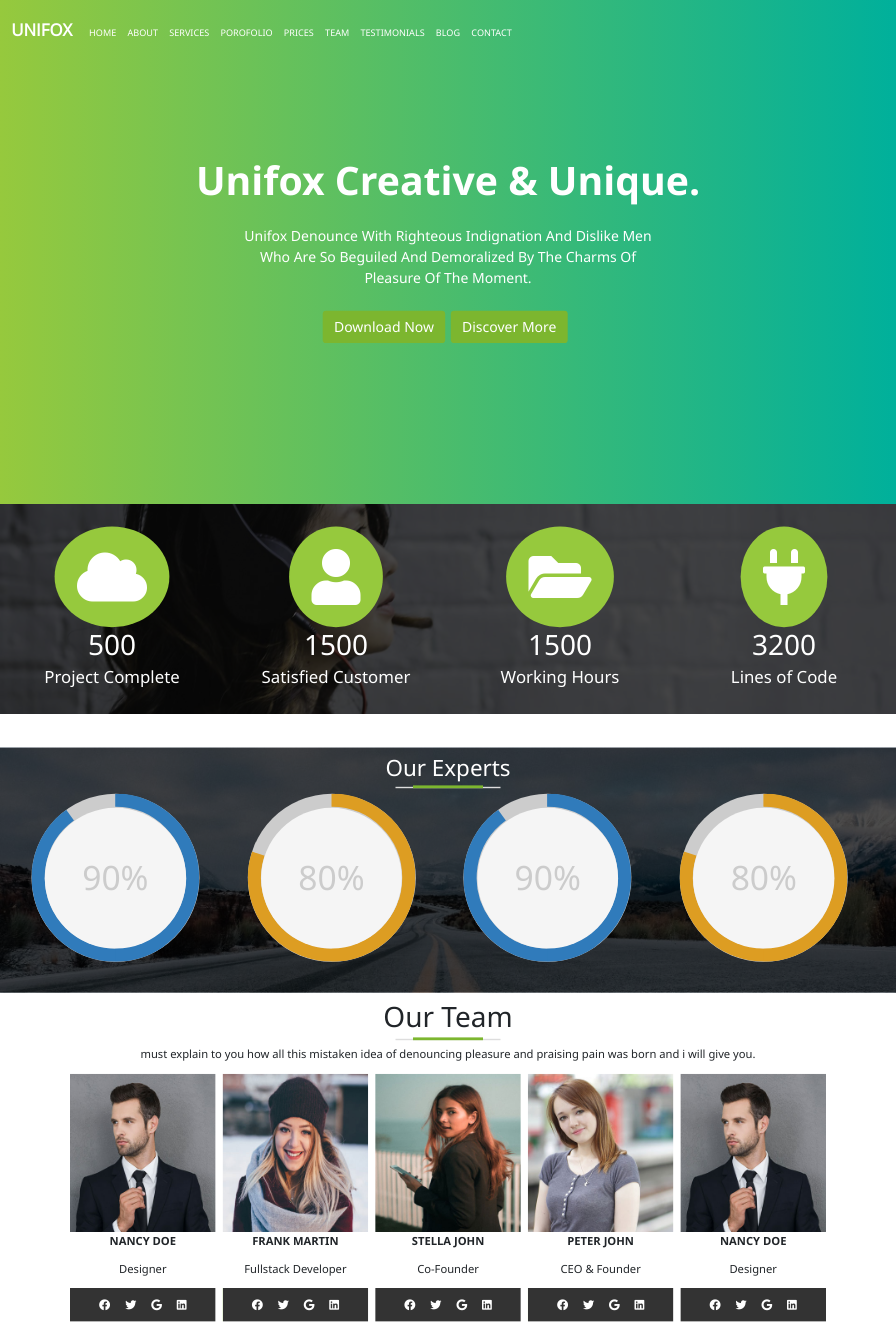
Repository: ibrkhalil/Uniforce-First-Attempt
Page: index.html
An editor plug-in stored every save of this project. The page is shown before and after the next save, followed by the edit.
The browser window is 1280 px wide. The pictures show the whole page, at 70% of full size.
Backgrounds fixed to the window are drawn as part of the page.

Above is the page before, as saved 2021-01-24 02:07:23.

### index.html
<!DOCTYPE html>
<html lang="en">

<head>
    <meta charset="UTF-8">
    <link rel="stylesheet" href="./bootstrap.min.css">
    <link rel="stylesheet" href="owl.carousel.css">
    <link rel="preconnect" href="https://fonts.gstatic.com">
    <link rel="stylesheet" href="./jquery-ui.css">
    <link rel="stylesheet" href="https://use.fontawesome.com/releases/v5.15.2/css/all.css"
        integrity="sha384-vSIIfh2YWi9wW0r9iZe7RJPrKwp6bG+s9QZMoITbCckVJqGCCRhc+ccxNcdpHuYu" crossorigin="anonymous">
    <link rel="stylesheet" href="./circle.css">
    <link href="https://fonts.googleapis.com/css2?family=Open+Sans&display=swap" rel="stylesheet">
    <link rel="stylesheet" href="style.css">
    <meta name="viewport" content="width=device-width, initial-scale=1.0">
    <title>Unifox</title>
</head>

<body>
    <div class="main-nav">


                <nav class="navbar navbar-expand-lg justify-content-between sticky-top navbar-fixed-top">
                    <!-- <div class="container"> -->



                                <a class="navbar-brand" href="#"><h3 class="unifox">UNIFOX</h3></a>
                                <button class="navbar-toggler" type="button" data-toggle="collapse" data-target="#navbarSupportedContent" aria-controls="navbarSupportedContent" aria-expanded="false" aria-label="Toggle navigation">
                                    <span class="fa fa-bars fa-3x"></span>
                                </button>




                            <div class="collapse navbar-collapse" id="navbarSupportedContent">
                                <ul class="navbar-nav mr-auto">
                                    <li class=" item">
                                        <a class="nav-link active" href="#">HOME</a>
                                    </li>
                                    <li class="nav-item"><a class="nav-link" href="#">ABOUT</a>
                                    </li>
                                    <li class="nav-item">
                                        <a class="nav-link" href="#">SERVICES</a>
                                    </li>
                                    <li class="nav-item">
                                        <a class="nav-link" href="#">POROFOLIO</a>
                                    </li>
                                    <li class="nav-link"><a href="#">PRICES</a></li>
                                    <li class="nav-link"><a href="#">TEAM</a></li>
                                    <li class="nav-link"><a href="#">TESTIMONIALS</a></li>
                                    <li class="nav-link"><a href="#">BLOG</a></li>
                                    <li class="nav-link"><a href="#">CONTACT</a></li>
                                </ul>
                            </div>


                <!-- </div> -->
                </nav>



        <!-- nav end -->

        <div class="jumbotron">
            <h1 class="display-4 jumbo-main-text"><strong>Unifox Creative & Unique.</strong></h1>
            <p class="lead jumbo-subtext">Unifox Denounce With Righteous Indignation And Dislike Men Who Are So Beguiled
                And Demoralized By The Charms Of Pleasure Of The Moment.</p>


            <div class="jumbo-btns">
                <p class="lead">
                    <a class="btn jumbo-btn btn-primary btn-lg" href="#" role="button">Download Now</a>
                </p>
                <p class="lead">
                    <a class="btn jumbo-btn btn-primary btn-lg" href="#" role="button">Discover More</a>
                </p>
            </div>
        </div>
        <!-- jumbotron end -->
        <!-- heading end -->




    </div>
    <div class="counting-number parallax">
        <div class="container-fluid">

            <div class="row">
                <div class="col-md-3"><i class="fa counting-icon fa-cloud fa-5x"></i>
                    <h1 class="counter" data-count="500">0</h1>
                    <h4>Project Complete</h4>
                </div>
                <div class="col-md-3"><i class="fa counting-icon fa-user fa-5x"></i>
                    <h1 class="counter" data-count=1500>0</h1>
                    <h4>Satisfied Customer</h4>
                </div>
                <div class="col-md-3"><i class="fa counting-icon fa-folder-open fa-5x"></i>
                    <h1 class="counter" data-count="1500">0</h1>
                    <h4>Working Hours</h4>
                </div>
                <div class="col-md-3"><i class="fa counting-icon fa-plug fa-5x"></i>
                    <h1 class="counter" data-count="3200">0</h1>
                    <h4>Lines of Code</h4>
                </div>
            </div>
        </div>
    </div>

    <br>
    <br>


    <!-- Counting number div -->
    <div class="our-experts-main">
        <h2 class="our-experts-word line">
            Our Experts
        </h2>

        <div class="our-experts">


            <div class="clearfix circular-icons">

                <div class="c100 p90 big blue">
                    <span>90%</span>
                    <div class="slice">
                        <div class="bar"></div>
                        <div class="fill"></div>
                    </div>
                </div>
                <div class="c100 p80 big orange">
                    <span>80%</span>
                    <div class="slice">
                        <div class="bar"></div>
                        <div class="fill"></div>
                    </div>
                </div>
                <div class="c100 p90 big blue">
                    <span>90%</span>
                    <div class="slice">
                        <div class="bar"></div>
                        <div class="fill"></div>
                    </div>
                </div>

                <div class="c100 p80 big orange">
                    <span>80%</span>
                    <div class="slice">
                        <div class="bar"></div>
                        <div class="fill"></div>
                    </div>
                </div>

            </div>
            <!-- /green -->

            <!-- orange -->
            <div class="clearfix">


            </div>

        </div>
    </div>


    <!-- experts end -->





    <div class="our-team">
        <div class="container">
            <div class="our-team-text">
                <h1 class="line">Our Team</h1>

                <p>must explain to you how all this mistaken idea of denouncing pleasure and praising pain was born and
                    i will give you.</p>
            </div>
            <div class="top-content">
                <div class="container-fluid">
                    <div class="owl-carousel owl-theme">
                        <div class="item">
                            <img src="./images/1 (1).jpg" class="img-fluid mx-auto d-block" alt="img1">
                            <strong class="team-member-name">
                                <p>STELLA JOHN</p>
                            </strong>
                            <p>Co-Founder</p>
                            <div class="social-media-icons" data-content="Link Hover">
                                <div class="container d-flex justify-content-around align-items-center">
                                    <i class="fab fa-facebook"></i>
                                    <i class="fab fa-twitter"></i>
                                    <i class="fab fa-google"></i>
                                    <i class="fab fa-linkedin"></i>
                                </div>
                            </div>
                        </div>


                        <div class="item">
                            <img src="./images/2 (1).jpg" class="img-fluid mx-auto d-block" alt="img2">
                            <strong class="team-member-name">
                                <p>PETER JOHN</p>
                            </strong>
                            <p>CEO & Founder</p>
                            <div class="social-media-icons">
                                <div class="container d-flex justify-content-around align-items-center">
                                    <i class="fab fa-facebook"></i>
                                    <i class="fab fa-twitter"></i>
                                    <i class="fab fa-google"></i>
                                    <i class="fab fa-linkedin"></i>
                                </div>

                            </div>
                        </div>

                        <div class="item">
                            <img src="./images/3 (1).jpg" class="img-fluid mx-auto d-block" alt="img3">
                            <strong class="team-member-name">
                                <p>NANCY DOE</p>
                            </strong>
                            <p>Designer</p>
                            <div class="social-media-icons">
                                <div class="container d-flex justify-content-around align-items-center">
                                    <i class="fab fa-facebook"></i>
                                    <i class="fab fa-twitter"></i>
                                    <i class="fab fa-google"></i>
                                    <i class="fab fa-linkedin"></i>
                                </div>

                            </div>
                        </div>

                        <div class="item">
                            <img src="./images/4.jpg" class="img-fluid mx-auto d-block" alt="img4">
                            <strong class="team-member-name">
                                <p>FRANK MARTIN</p>
                            </strong>
                            <p>Fullstack Developer</p>
                            <div class="social-media-icons">

                                <div class="container d-flex justify-content-around align-items-center">
                                    <i class="fab fa-facebook"></i>
                                    <i class="fab fa-twitter"></i>
                                    <i class="fab fa-google"></i>
                                    <i class="fab fa-linkedin"></i>
                                </div>

                            </div>

                        </div>

                    </div>
                </div>

            </div>
        </div>
    </div>








    <script src="./jquery.js"></script>
    <script src="./jquery-ui.js"></script>
    <script src="./owl.carousel.js"></script>
    <script src="./owl.autoplay.js"></script>
    <script src="./bootstrap.js"></script>
    <script src="./script.js"></script>
</body>

</html>

### style.css
*{
    margin: 0;
    padding: 0;
}
body{
    font-family: 'Segoe UI', Tahoma, Geneva, Verdana, sans-serif;
}

.main-nav h3{
    font-family: 'Open Sans', sans-serif;
    font-weight: bold;
    font-size: x-large;
}
.main-nav{
    transition: all 200ms;
    font-size: small;
    background: linear-gradient(to right, #96c93d, #00b09b);
    height: 100vh;
}
.main-nav a{
    text-decoration: none;
    color: white;
    border: none;
}
 .main-nav li, .main-nav h3 {
    margin-top: 1rem;
}
.circular-icons{
    display: flex;
    justify-content: space-between;
}
.jumbotron{
    text-align: center;
    margin-top: 5rem;
    color: white;
    background-color: transparent;
}
.jumbo-btn{
    background-color: #7CB62F;
}

.navbar-fixed-top a:hover{
    color: #3e3e3e;
}
.navbar-fixed-top.scrolled {
    width: 100vw;
    background-color: #fff !important;
    /* padding: 0.5rem 0; */
    /* transition: all 200ms ease; */

  }
/* .navbar-fixed-top.scrolled  a{
    color: black;

  } */
  .navbar-fixed-top.scrolled  a:hover{
    color: gray;

  }
.jumbo-btns{
    display: flex;
    justify-content: center;
}
.jumbo-subtext{

    margin: 2rem auto;
    width: 50%;
}
.jumbo-main-text{
font-weight: 400;
}
.jumbo-btns p{
   margin-right: 0.5rem;
}
.lead-btns a{
    display: flex;
    border: none;
}
.parallax {
    background-image: url("./fun_facts_bg.jpg");
    height: 300px;
    background-blend-mode: overlay;
    background-attachment: fixed;
    background-position: center;
    background-repeat: no-repeat;
    background-size: cover;
    background-color: rgba(0, 0, 0,0.7);
    color: white;
    text-align: center;
    display: flex;
    align-items: center;
  }
  .parallax img {
      height: 300px;
      object-fit: cover;
  }
  .counting-icon{
      padding: 2rem;
      background-color: #96c93d ;
      border-radius: 50%;
  }
.jumbo-btn:hover{
    transition: 1s;
    background-color: black;
}
.line{
    position: relative;
    text-align: center;
    padding: 10px 0;
}
.line::after , .line::before{
    content: "";
    width: 100px;
    height: 4px;
    position: absolute;
    background-color: #7CB62F;
    left: 50%;
    transform: translate(-50%,0);
    bottom: 0;
}
.line::before{
    height: 2px;
    background-color: #ddd;
    width: 150px;
}


.clearfix:before,.clearfix:after {content: " "; display: table;}
.clearfix:after {clear: both;}
.clearfix {*zoom: 1;}


.our-experts-main{
    background-image: url("./skill-bg.jpg");
    height: 350px;
    background-blend-mode: overlay;
    background-attachment: fixed;
    background-position: center;
    background-repeat: no-repeat;
    background-size: cover;
    background-color: rgba(0, 0, 0,0.7);
    color: white;
}
.our-experts-main:first-child{
    display: flex;
    justify-content: center;
}
.our-experts h2{
    display: block !important;
}
.our-team{
    text-align: center;
}
@media (min-width: 768px) and (max-width: 991px) {
    /* Show 4th slide on md if col-md-4*/
    .carousel-inner .active.col-md-4.carousel-item + .carousel-item + .carousel-item + .carousel-item {
        position: absolute;
        top: 0;
        right: -33.3333%;  /*change this with javascript in the future*/
        z-index: -1;
        display: block;
        visibility: visible;
    }
}
@media (min-width: 576px) and (max-width: 768px) {
    /* Show 3rd slide on sm if col-sm-6*/
    .carousel-inner .active.col-sm-6.carousel-item + .carousel-item + .carousel-item {
        position: absolute;
        top: 0;
        right: -50%;  /*change this with javascript in the future*/
        z-index: -1;
        display: block;
        visibility: visible;
    }
}
@media (min-width: 576px) {
    .carousel-item {
        margin-right: 0;
    }
    /* show 2 items */
    .carousel-inner .active + .carousel-item {
        display: block;
    }
    .carousel-inner .carousel-item.active:not(.carousel-item-right):not(.carousel-item-left),
    .carousel-inner .carousel-item.active:not(.carousel-item-right):not(.carousel-item-left) + .carousel-item {
        transition: none;
    }
    .carousel-inner .carousel-item-next {
        position: relative;
        transform: translate3d(0, 0, 0);
    }
    /* left or forward direction */
    .active.carousel-item-left + .carousel-item-next.carousel-item-left,
    .carousel-item-next.carousel-item-left + .carousel-item,
    .carousel-item-next.carousel-item-left + .carousel-item + .carousel-item {
        position: relative;
        transform: translate3d(-100%, 0, 0);
        visibility: visible;
    }
    /* farthest right hidden item must be also positioned for animations */
    .carousel-inner .carousel-item-prev.carousel-item-right {
        position: absolute;
        top: 0;
        left: 0;
        z-index: -1;
        display: block;
        visibility: visible;
    }
    /* right or prev direction */
    .active.carousel-item-right + .carousel-item-prev.carousel-item-right,
    .carousel-item-prev.carousel-item-right + .carousel-item,
    .carousel-item-prev.carousel-item-right + .carousel-item + .carousel-item {
        position: relative;
        transform: translate3d(100%, 0, 0);
        visibility: visible;
        display: block;
        visibility: visible;
    }
}
/* MD */
@media (min-width: 768px) {
    /* show 3rd of 3 item slide */
    .carousel-inner .active + .carousel-item + .carousel-item {
        display: block;
    }
    .carousel-inner .carousel-item.active:not(.carousel-item-right):not(.carousel-item-left) + .carousel-item + .carousel-item {
        transition: none;
    }
    .carousel-inner .carousel-item-next {
        position: relative;
        transform: translate3d(0, 0, 0);
    }
    /* left or forward direction */
    .carousel-item-next.carousel-item-left + .carousel-item + .carousel-item + .carousel-item {
        position: relative;
        transform: translate3d(-100%, 0, 0);
        visibility: visible;
    }
    /* right or prev direction */
    .carousel-item-prev.carousel-item-right + .carousel-item + .carousel-item + .carousel-item {
        position: relative;
        transform: translate3d(100%, 0, 0);
        visibility: visible;
        display: block;
        visibility: visible;
    }
}
/* LG */
@media (min-width: 991px) {
    /* show 4th item */
    .carousel-inner .active + .carousel-item + .carousel-item + .carousel-item {
        display: block;
    }
    .carousel-inner .carousel-item.active:not(.carousel-item-right):not(.carousel-item-left) + .carousel-item + .carousel-item + .carousel-item {
        transition: none;
    }
    /* Show 5th slide on lg if col-lg-3 */
    .carousel-inner .active.col-lg-3.carousel-item + .carousel-item + .carousel-item + .carousel-item + .carousel-item {
        position: absolute;
        top: 0;
        right: -25%;  /*change this with javascript in the future*/
        z-index: -1;
        display: block;
        visibility: visible;
    }
    /* left or forward direction */
    .carousel-item-next.carousel-item-left + .carousel-item + .carousel-item + .carousel-item + .carousel-item {
        position: relative;
        transform: translate3d(-100%, 0, 0);
        visibility: visible;
    }
    /* right or prev direction //t - previous slide direction last item animation fix */
    .carousel-item-prev.carousel-item-right + .carousel-item + .carousel-item + .carousel-item + .carousel-item {
        position: relative;
        transform: translate3d(100%, 0, 0);
        visibility: visible;
        display: block;
        visibility: visible;
    }
}
.social-media-icons{
    color: white;
    padding: 1rem;
    /* clip-path: polygon(0 0, 0 0, 0% 100%, 0 100%); */
    /* background-size: 100% 0;y/ */
    /* width: 100%; */
    background: red; /* default color */

    /* "to left" / "to right" - affects initial color */
    background: linear-gradient(to left, #333 50%, #7CB62F 50%) right;
    background-size: 200%;
    transition: 1s ease;
}
.social-media-icons:hover{
    background-position:left;
}
.social-media-icons i{
    cursor: pointer;
}

/* .social-media-icons::before{
    position: absolute; */
    /* content: attr(data-content); */
/* } */


.social-media-icons .fab:hover{
    transition: 1s;
    color: gold;
}
.carousel-item:nth-child(2){
    margin-bottom: 1rem;
}
@media screen and (max-width: 768px){
    /* .navbar-nav{ */
        .navbody{
        display: none;
        justify-content: center;
        width: 100vw;
        /* float: right; */
    }
}

Loaded but not shown: bootstrap.min.css (library); owl.carousel.css (library); jquery-ui.css (library); jquery.js (library); jquery-ui.js (library); owl.carousel.js (library); owl.autoplay.js (library); bootstrap.js (library); script.js (88 lines, source omitted); circle.css (879 lines, source omitted)

After the next save:
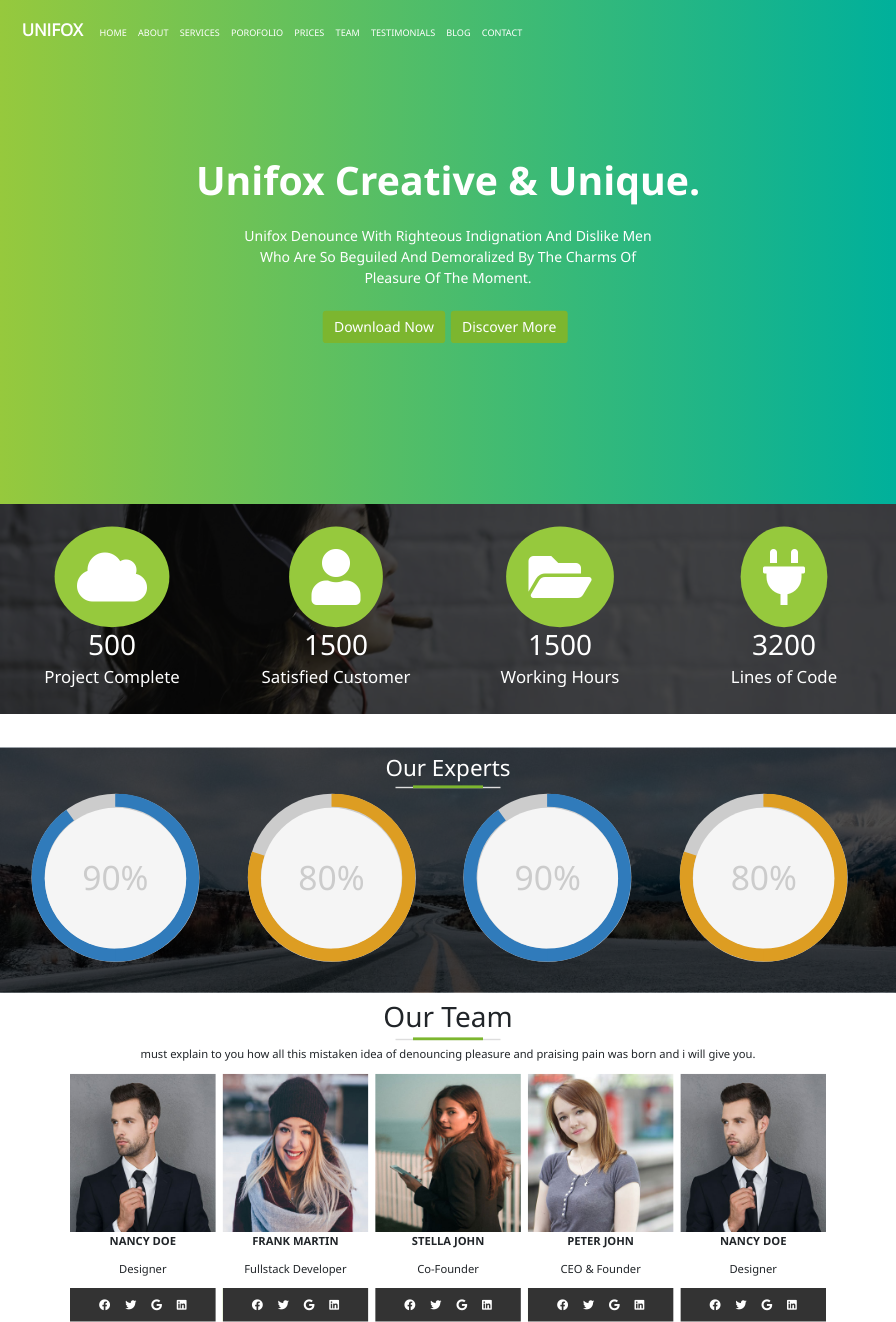
Saved 93 s later.
--- a/index.html
+++ b/index.html
@@ -24,18 +24,19 @@
                     <!-- <div class="container"> -->
 
 
-
-                                <a class="navbar-brand" href="#"><h3 class="unifox">UNIFOX</h3></a>
-                                <button class="navbar-toggler" type="button" data-toggle="collapse" data-target="#navbarSupportedContent" aria-controls="navbarSupportedContent" aria-expanded="false" aria-label="Toggle navigation">
-                                    <span class="fa fa-bars fa-3x"></span>
-                                </button>
-
-
-
-
-                            <div class="collapse navbar-collapse" id="navbarSupportedContent">
-                                <ul class="navbar-nav mr-auto">
-                                    <li class=" item">
+                                <div class="container-fluid">
+
+                                    <a class="navbar-brand" href="#"><h3 class="unifox">UNIFOX</h3></a>
+                                    <button class="navbar-toggler" type="button" data-toggle="collapse" data-target="#navbarSupportedContent" aria-controls="navbarSupportedContent" aria-expanded="false" aria-label="Toggle navigation">
+                                        <span class="fa fa-bars fa-3x"></span>
+                                    </button>
+
+
+
+
+                                    <div class="collapse navbar-collapse" id="navbarSupportedContent">
+                                        <ul class="navbar-nav mr-auto">
+                                            <li class=" item">
                                         <a class="nav-link active" href="#">HOME</a>
                                     </li>
                                     <li class="nav-item"><a class="nav-link" href="#">ABOUT</a>
@@ -54,6 +55,7 @@
                                 </ul>
                             </div>
 
+                        </div>
 
                 <!-- </div> -->
                 </nav>
